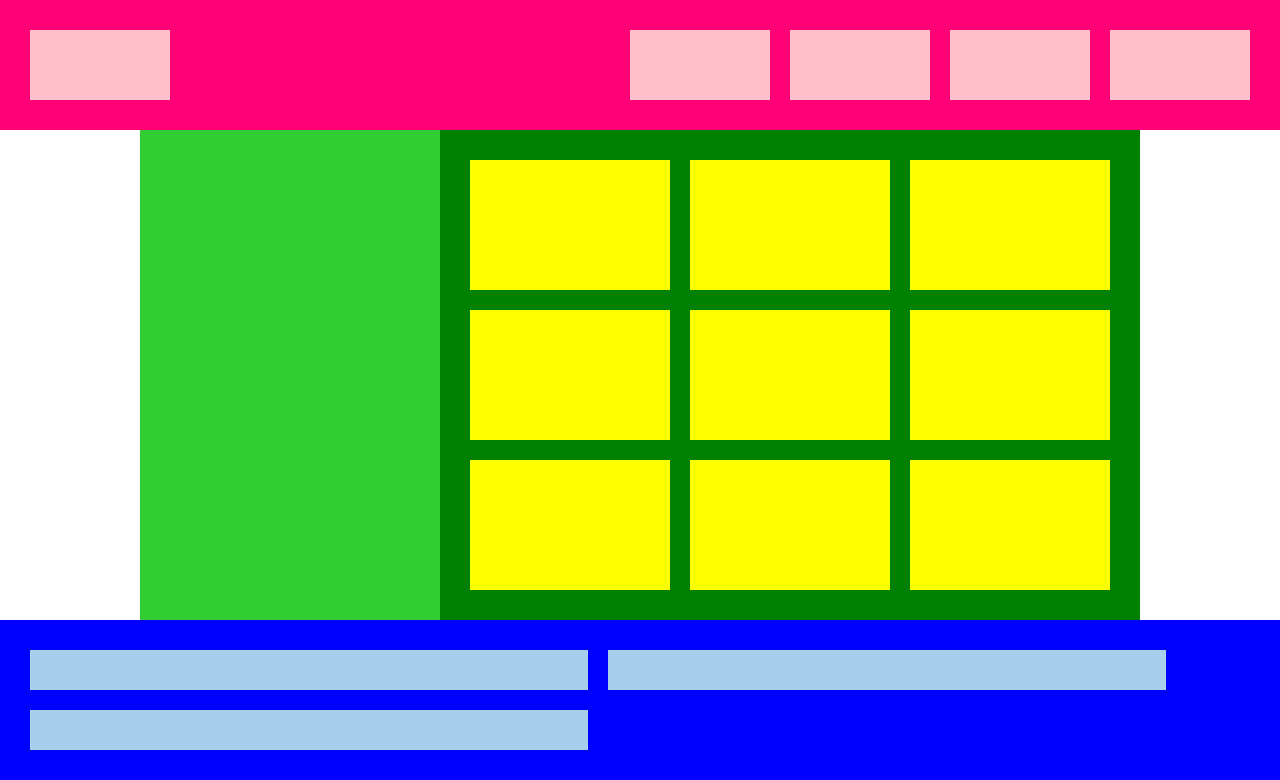
Repository: tkikokiko/webcamp-practice
Page: 1-flex/index-flex.html
The author's editor kept a record of every edit. The page is drawn from the files as they stood at one moment, then again after the next edit.
The browser window is 1280 px wide. The pictures show the whole page.

Above is the page before.

After the next edit:
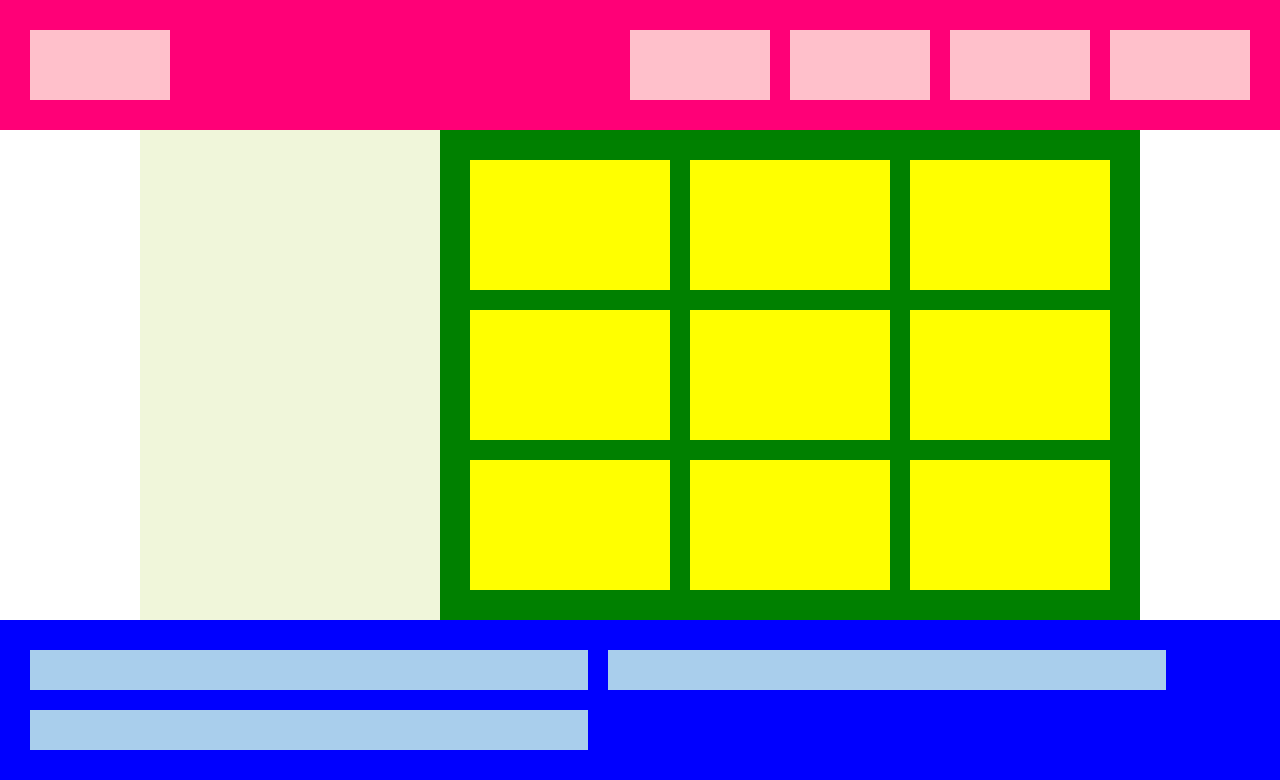
The edit:
--- a/1-flex/style-flex.css
+++ b/1-flex/style-flex.css
@@ -30,7 +30,7 @@
 
 .main-left {
   width: 300px;
-  background-color: limegreen;
+  background-color: #f0f6da;
 }
 
 .main-right {
